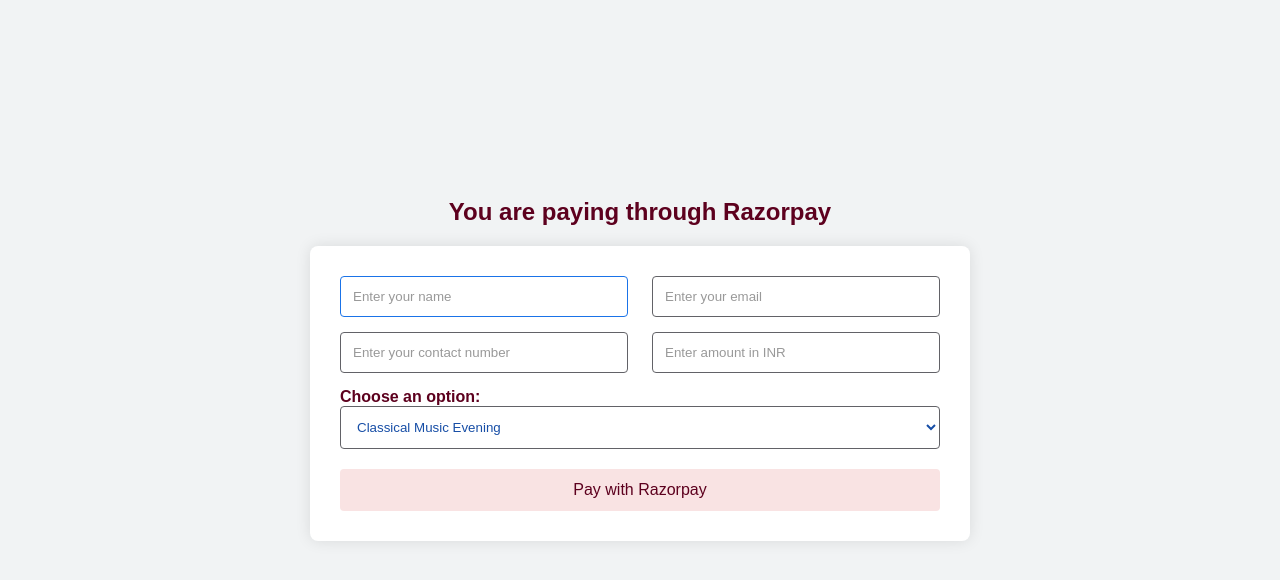
Repository: SharonSebastian32/razorpaypaymentgateway_implementation
Page: bookEventpage.html
These files come from the project's save history. The page is drawn as it stood at one moment and after the next save; the edit follows.
The browser window is 1280 px wide. The pictures show the whole page.
The first visible `input` has the focus.

Above is the page before, as saved 2024-08-09 07:20:28.

### bookEventpage.html
<!DOCTYPE html>
<html lang="en">
  <head>
    <meta charset="UTF-8" />
    <meta name="viewport" content="width=device-width, initial-scale=1.0" />
    <title>Razorpay Payment gateway</title>

    <style>
      :root {
        --primary-blue: #1a73e8;
        --light-blue: #626267;
        --dark-blue: #174ea6;
        --white: #ffffff;
        --light-gray: #f1f3f4;
      }

      body {
        font-family: Arial, sans-serif;
        background-color: var(--light-gray);
        display: flex;
        justify-content: center;
        align-items: center;
        height: 100vh;
        margin: 0;
      }

      h2 {
        text-align: center;
        color: #5d001e;
        margin-bottom: 20px;
      }

      #paymentForm {
        background-color: var(--white);
        padding: 30px;
        border-radius: 8px;
        box-shadow: 0 0 15px rgba(0, 0, 0, 0.1);
        width: 600px;
      }

      .form-row {
        display: flex;
        justify-content: space-between;
        margin-bottom: 15px;
      }

      .form-group {
        flex: 0 0 48%;
      }

      input,
      select {
        width: 100%;
        padding: 12px;
        border: 1px solid var(--light-blue);
        border-radius: 4px;
        box-sizing: border-box;
        background-color: var(--white);
        color: var(--dark-blue);
        transition: border-color 0.3s ease;
      }

      input:focus,
      select:focus {
        outline: none;
        border-color: var(--primary-blue);
      }

      input::placeholder {
        color: #999;
      }

      label {
        display: block;
        margin-top: 15px;
        color: #5d001e;
        font-weight: bold;
      }

      #rzp-button1 {
        width: 100%;
        padding: 12px;
        background-color: #f9e3e3;
        color: #5d001e;
        border: none;
        border-radius: 4px;
        cursor: pointer;
        font-size: 16px;
        margin-top: 20px;
        transition: background-color 0.3s ease;
      }

      #rzp-button1:hover {
        background-color: #5d001e;
        color: white;
      }
    </style>
  </head>
  <body>
    <div>
      <h2>You are paying through Razorpay</h2>

      <form id="paymentForm">
        <div class="form-row">
          <div class="form-group">
            <input
              type="text"
              id="name"
              placeholder="Enter your name"
              required
            />
          </div>
          <div class="form-group">
            <input
              type="email"
              id="email"
              placeholder="Enter your email"
              required
            />
          </div>
        </div>
        <div class="form-row">
          <div class="form-group">
            <input
              type="text"
              id="contact"
              placeholder="Enter your contact number"
              required
            />
          </div>
          <div class="form-group">
            <input
              type="text"
              id="amount"
              placeholder="Enter amount in INR"
              required
            />
          </div>
        </div>
        <label for="choices">Choose an option:</label>
        <select id="choices" name="choices">
          <!-- Options will be dynamically generated here -->
        </select>
        <button id="rzp-button1" type="submit">Pay with Razorpay</button>
      </form>
    </div>

    <!--------------------------paymentGatewayScripts--------------->
    <script src="./Script/paymentGateway.js"></script>

    <!--------------------------razorpayScript ---------------------->
    <script src="https://checkout.razorpay.com/v1/checkout.js"></script>
  </body>
</html>

### Script/paymentGateway.js
document.getElementById("paymentForm").addEventListener("submit", function (e) {
  e.preventDefault();
  var name = document.getElementById("name").value;
  var email = document.getElementById("email").value;
  var contact = document.getElementById("contact").value;
  var amount = document.getElementById("amount").value * 100;
  // Convert amount to paise

  var options = {
    key: "rzp_test_gCzBTQcb92KH3e", // Enter the Key ID generated from the Dashboard
    amount: amount.toString(), // Amount in currency subunits (100 paise = 1 INR)
    currency: "INR",
    name: "Ozwalz Events",
    description: "Thank You for booking event with Ozwalz Events",
    image: "./assets/images/logo.png",

    handler: function (response) {
      // Handle the response from Razorpay after payment
      // You can redirect to another page or save the response to your database
    },
    prefill: {
      name: name,
      email: email,
      contact: contact,
    },
    notes: {
      description: "Thank You for booking event with Ozwalz Events",
    },
    theme: {
      color: "#red",
    },
  };

  var rzp1 = new Razorpay(options);
  rzp1.open();
});

// API FOR FETCHING EVENTNAME

let eventData;

fetch("./JSON/event.json")
  .then((response) => response.json())
  .then((data) => {
    eventData = data;

    // Populate the select element with event names
    const selectElement = document.getElementById("choices");
    data.forEach((event) => {
      const option = document.createElement("option");
      option.value = event.id;
      option.text = event.eventName;
      selectElement.add(option);
    });

    // Add event listener to the select element
    selectElement.addEventListener("change", updatePriceInput);
  })
  .catch((error) => console.error("Error:", error));

function updatePriceInput() {
  const selectedEventId = document.getElementById("choices").value;
  const selectedEvent = eventData.find((event) => event.id === selectedEventId);

  if (selectedEvent) {
    document.getElementById("amount").value = selectedEvent.price.basePrice;
  } else {
    document.getElementById("amount").value = "";
  }
}

Loaded but not shown: JSON/event.json (899 lines, source omitted)

After the next save:
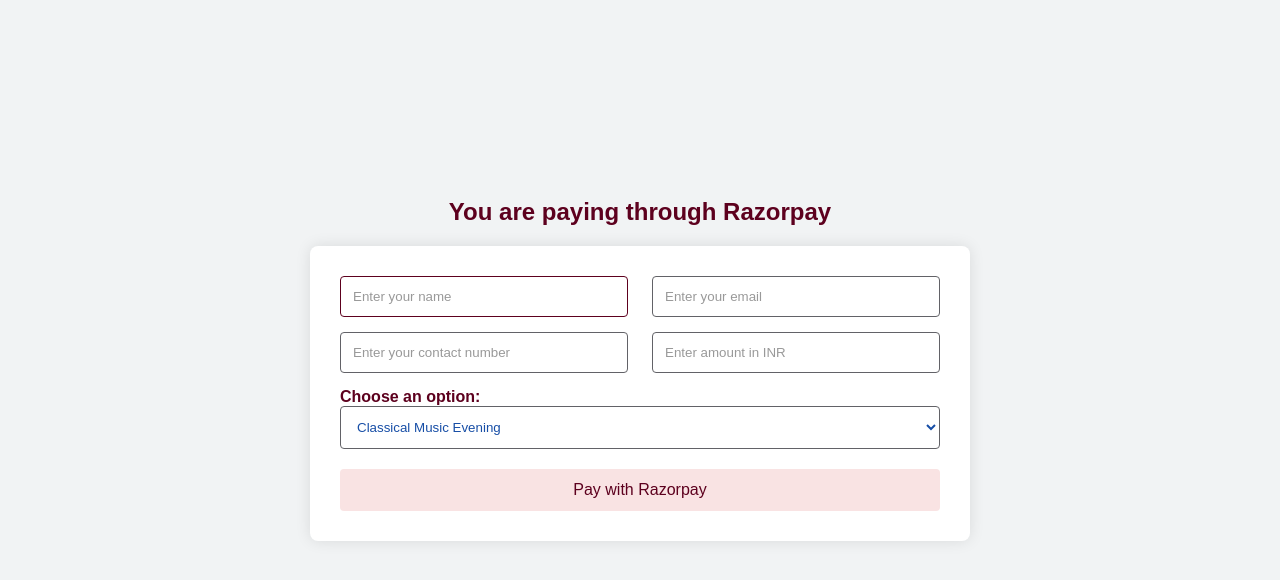
Saved 14 s later.
--- a/bookEventpage.html
+++ b/bookEventpage.html
@@ -63,7 +63,7 @@
       input:focus,
       select:focus {
         outline: none;
-        border-color: var(--primary-blue);
+        border-color: #5d001e;
       }
 
       input::placeholder {
